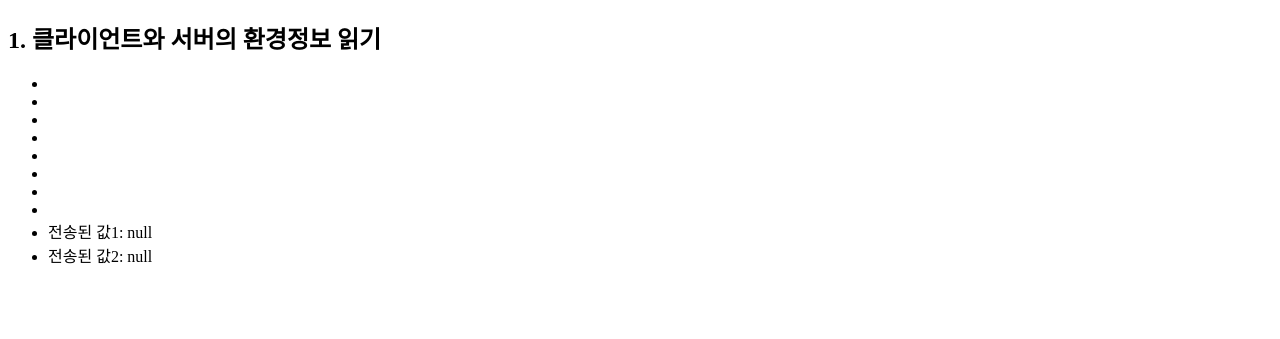
Repository: taein0714/jsp202408
Page: http://localhost/Proj0822/ex0102/requestWebInfo.jsp
The author's editor kept a copy of each file at every save. The page is drawn from the files as they stood at one save, then again after the next save.
The browser window is 1280 px wide. The pictures show the whole page.
The page is served by Tomcat 9.

Above is the page before, as saved 2024-08-22 05:25:03.

### ex0822/Proj0822/src/main/webapp/ex0102/requestWebInfo.jsp
<%@ page language="java" contentType="text/html; charset=UTF-8" pageEncoding="UTF-8" %>
    <!DOCTYPE html>
    <html>

    <head>
        <meta charset="UTF-8">
        <title>Insert title here</title>
    </head>

    <body>
        <h2>1. 클라이언트와 서버의 환경정보 읽기</h2>
        <ul>
            <li></li>
            <li></li>
            <li></li>
            <li></li>
            <li></li>
            <li></li>
            <li></li>
            <li></li>
            <li>전송된 값1: <%=request.getParameter("eng") %></li>
            <li>전송된 값2: <%=request.getParameter("han") %></li>

        </ul>
    </body>

    </html>

After the next save:
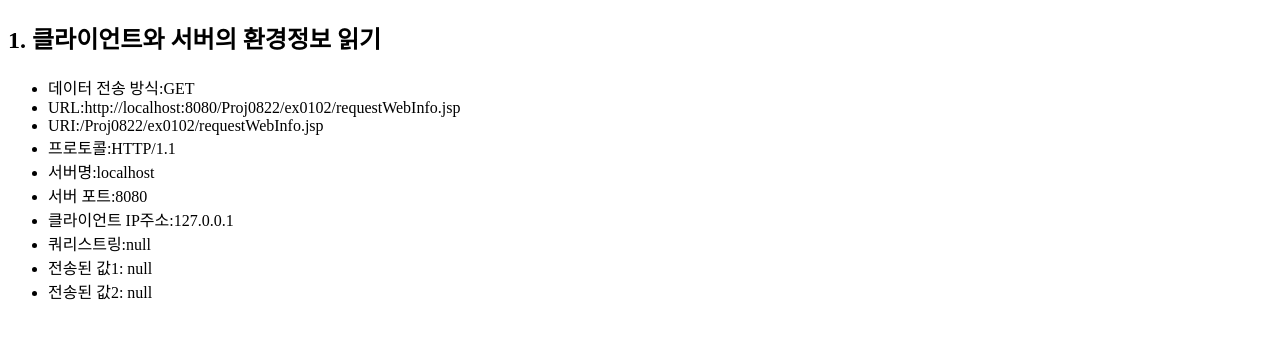
Saved 6 min 44 s later.
--- a/ex0822/Proj0822/src/main/webapp/ex0102/requestWebInfo.jsp
+++ b/ex0822/Proj0822/src/main/webapp/ex0102/requestWebInfo.jsp
@@ -10,14 +10,14 @@
     <body>
         <h2>1. 클라이언트와 서버의 환경정보 읽기</h2>
         <ul>
-            <li></li>
-            <li></li>
-            <li></li>
-            <li></li>
-            <li></li>
-            <li></li>
-            <li></li>
-            <li></li>
+            <li>데이터 전송 방식:<%=request.getMethod()%> </li>
+            <li>URL:<%=request.getRequestURL()%> </li>
+            <li>URI:<%=request.getRequestURI() %> </li>
+            <li>프로토콜:<%=request.getProtocol() %></li>
+            <li>서버명:<%=request.getServerName() %></li>
+            <li>서버 포트:<%=request.getServerPort() %></li>
+            <li>클라이언트 IP주소:<%=request.getRemoteAddr() %></li>
+            <li>쿼리스트링:<%=request.getQueryString() %></li>
             <li>전송된 값1: <%=request.getParameter("eng") %></li>
             <li>전송된 값2: <%=request.getParameter("han") %></li>
 
